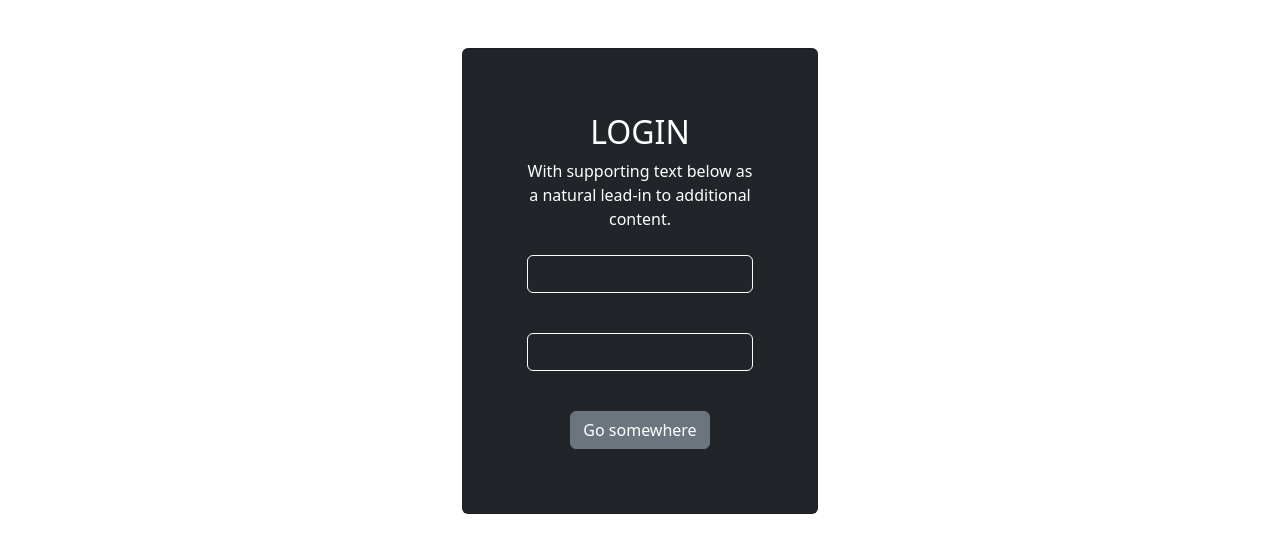
Repository: Rohit1995K/React-redux
Page: /
The author's editor kept a copy of each file at every save. The page is drawn from the files as they stood at one save, then again after the next save.
The browser window is 1280 px wide. The pictures show the whole page.
The project was rebuilt for these pictures with package versions that can differ from the ones it lists, and the page was loaded fresh each time. Also part of the build but not shown: src/Components/CartItem.js, src/Containers/CartContainer.js, src/Components/Navbar.js.

Above is the page before, as saved 2022-10-25 12:46:44.

After the next save:
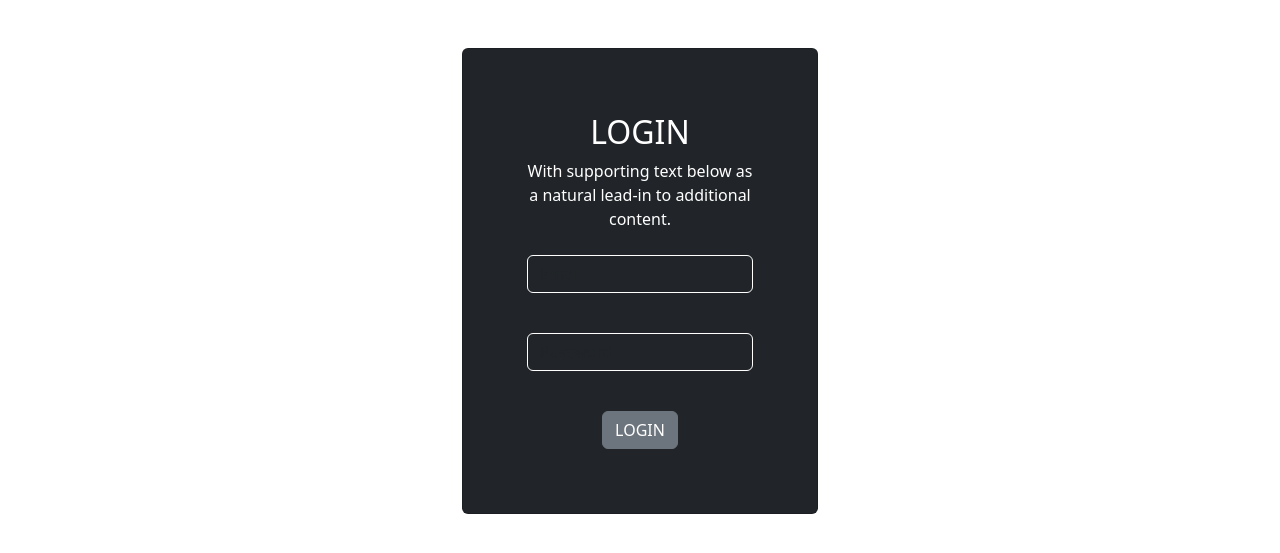
Saved 21 s later.
--- a/src/Components/Login/Login.js
+++ b/src/Components/Login/Login.js
@@ -31,7 +31,7 @@ const Login = () => {
                             </Form>
                         </CardText>
                         <Button>
-                            Go somewhere
+                            LOGIN
                         </Button>
                     </CardBody>
                 </Card>
